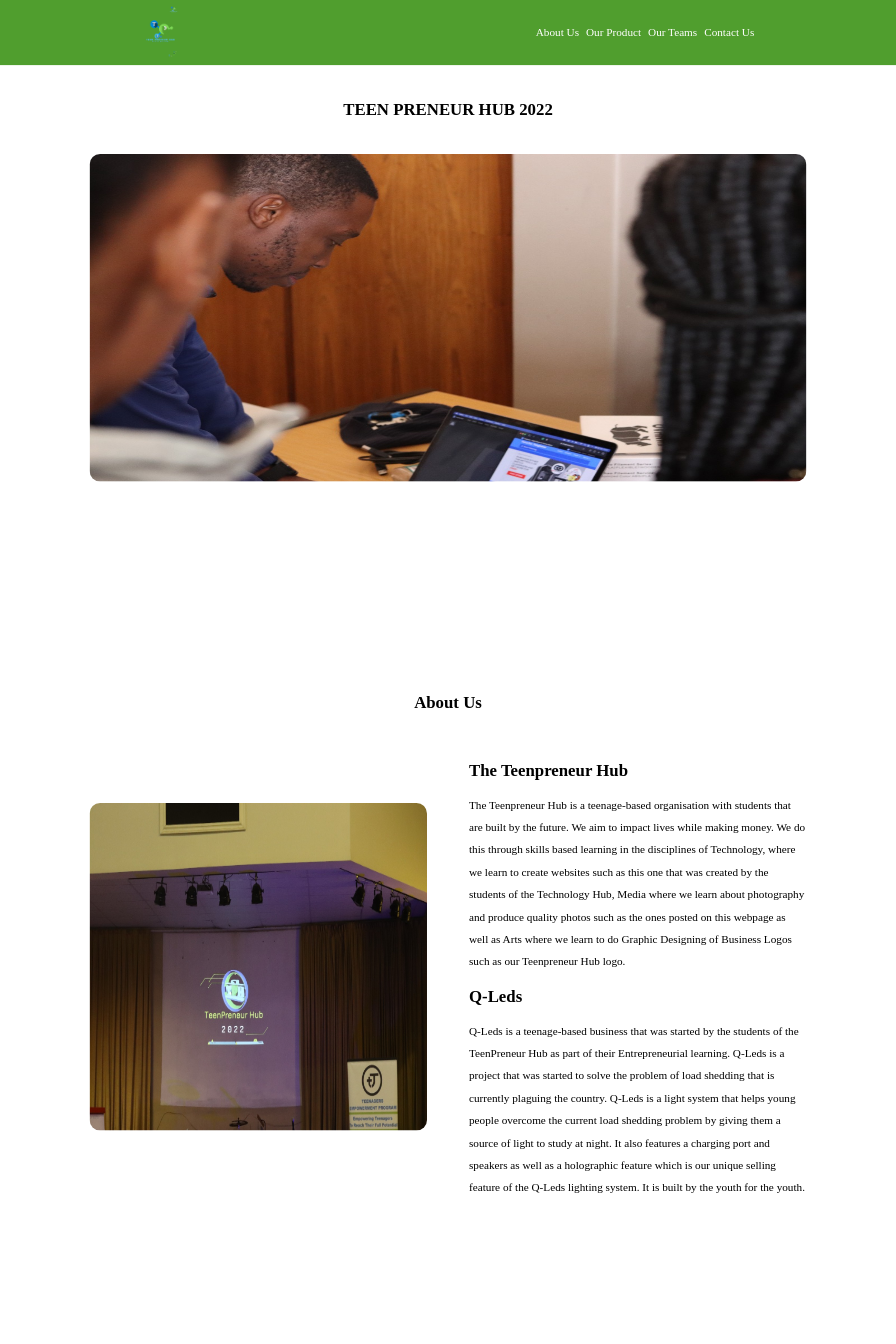
Repository: chadrackkyungu/4-BCT-TPH-Website
Page: index.html
The author's editor kept a copy of each file at every save. The page is drawn from the files as they stood at one save, then again after the next save.
The browser window is 1280 px wide. The pictures show the part of the page from y = 0 to 1920 px (the page is 3630 px tall), at 70% of full size.

Above is the page before, as saved 2022-10-21 09:40:38.

After the next save:
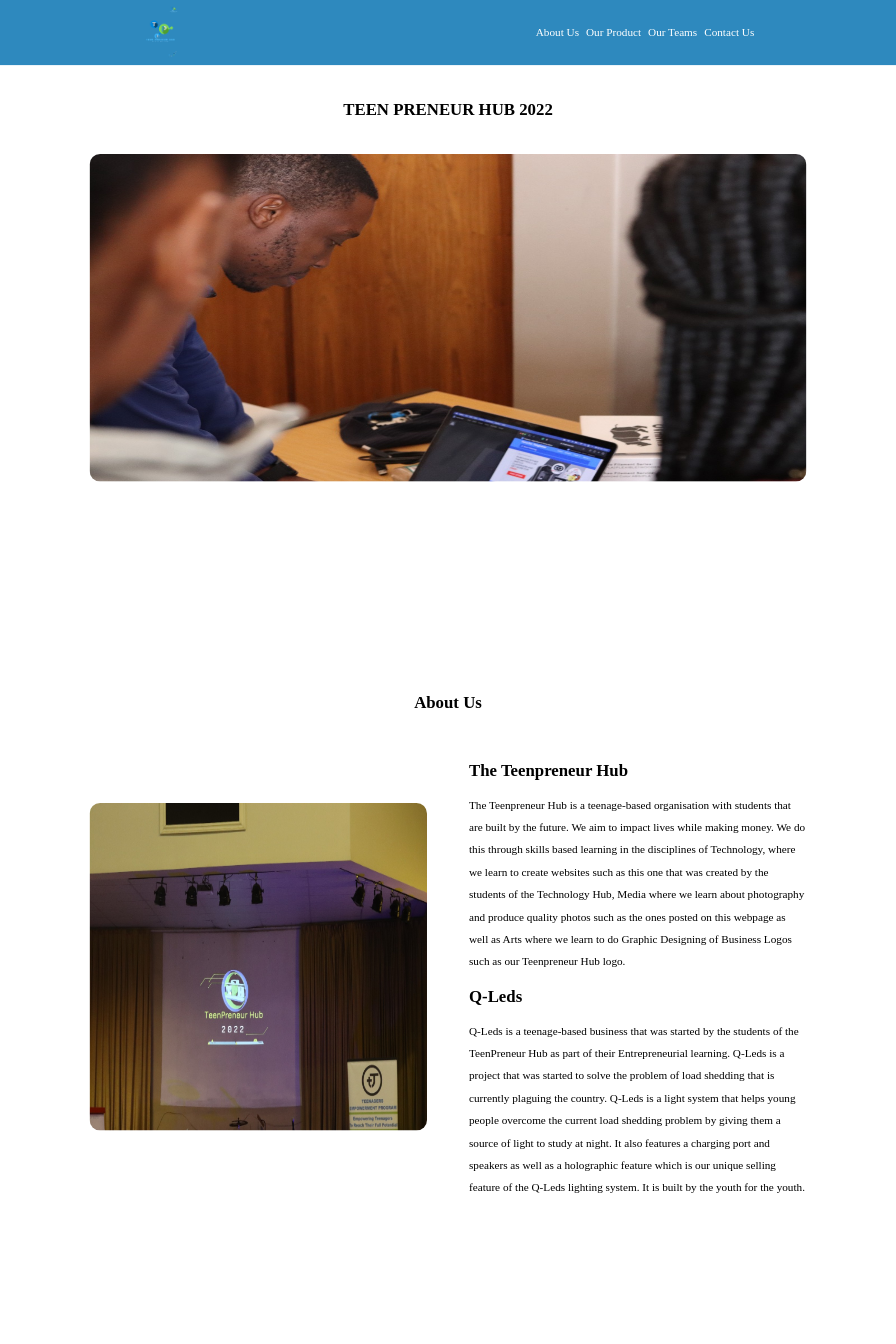
Saved 41 s later.
--- a/src/css/style.css
+++ b/src/css/style.css
@@ -13,7 +13,7 @@
 /* NAVBAR */
 
 .navigation {
-    background-color: #509e2e;
+    background-color: #2e89be;
     display: flex;
     justify-content: space-around;
     align-items: center;
